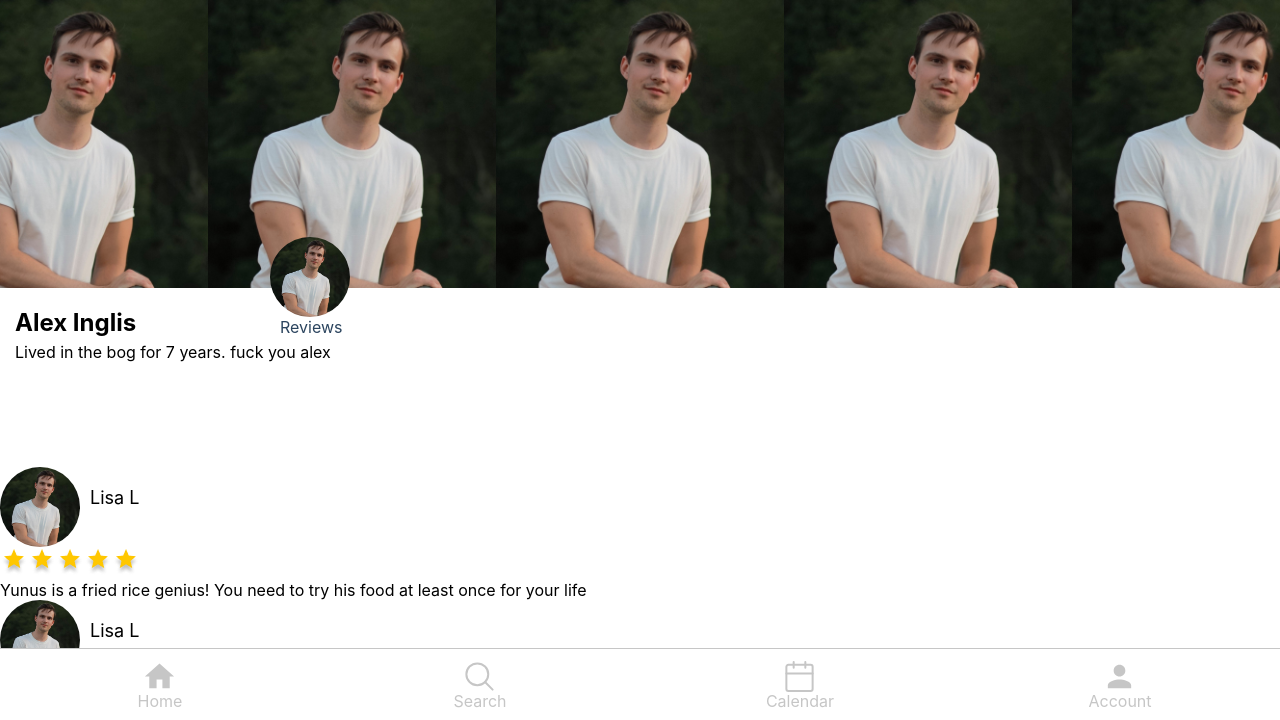
Repository: nguyenlejoe/HomeChef
Page: / (app in app/)
An editor plug-in stored every save of this project. The page is shown before and after the next save, followed by the edit.
The browser window is 1280 px wide. The pictures show the whole page.
The project was rebuilt for these pictures with package versions that can differ from the ones it lists, and the page was loaded fresh each time. Also part of the build but not shown: app/src/comps/MainButton/index.js.

Above is the page before, as saved 2020-11-07 14:54:52.

### app/src/App.js
import React from 'react';
//import logo from './logo.svg';
//import './App.css';
import Pages from './pages/ChefReview';

function App() {
  return (
    <Pages />
  );
}

export default App;

### app/src/pages/ChefReview.js
import React from 'react';
import './ChefReview.scss'
import NavBarGourmet from '../comps/NavBarGourmet';
import Avatar from '../comps/Avatar';

export default function Home() {
  return<div className="app">
        <div className="CoverImage"></div>
        <div className="ChefDesc">
            <h2>Alex Inglis</h2>
            <p>Lived in the bog for 7 years. fuck you alex</p>
        </div>
        <div className="AvatarBox">
                <Avatar></Avatar>
                <a>Reviews</a>
        </div>
        <div className="ReviewList">
            <div className="ReviewCont">
                <div className="ReviewProfile"><Avatar></Avatar><a>Lisa L</a></div>
                <div className="rating">
                    <div className="stars"><img src='/star.png' /></div>
                    <div className="stars"><img src='/star.png' /></div>
                    <div className="stars"><img src='/star.png' /></div>
                    <div className="stars"><img src='/star.png' /></div>
                    <div className="stars"><img src='/star.png' /></div>
                </div>
                <div>Yunus is a fried rice genius! You need to try his food at least once for your life</div>
            </div>
            <div className="ReviewCont">
                <div className="ReviewProfile"><Avatar></Avatar><a>Lisa L</a></div>
                <div className="rating">
                    <div className="stars"><img src='/star.png' /></div>
                    <div className="stars"><img src='/star.png' /></div>
                    <div className="stars"><img src='/star.png' /></div>
                    <div className="stars"><img src='/star.png' /></div>
                    <div className="stars"><img src='/star.png' /></div>
                </div>
                <div>Yunus is a fried rice genius! You need to try his food at least once for your life</div>
            </div>
        </div>
        <div className="Nav">
          <NavBarGourmet
          bgimg = "/Search.png"
          title = "Search"
          btnState = {true}
          orderActive = {true}
          ></NavBarGourmet>
        </div>
    </div>
}

### app/src/pages/ChefReview.scss
.app{
    width: 100vw;
    height:100vh;
    overflow-x:hidden;
}

.CoverImage{
    height: 40%;
    background-image: url("/alex.jpg");
    background-position: center;
    background-size: contain;
}

.ChefDesc{
    height:20%;
    width: 65%;
    margin: 15px;
    p{
        margin-top: -15px;
    }
}

.AvatarBox{
    height:0px;
    position: relative;
    z-index: 1;
    top: -230px;
    left: 270px;
    a{
        margin-left:10px;
        color: #2B445E;
    }
}

.ReviewList{

    display: flex;
    flex-direction: column;

    justify-content: center;
}

.ReviewCont{

}

.ReviewProfile{
    display: flex;

    a{
        margin: 20px 0 0 10px;
        font-size: 18px;
    }
}


.rating{
    display: flex;
}



.Nav{
    height: 10%;
    width: 100%;
    position: fixed;
    bottom: 0;
}

### app/src/comps/NavBarGourmet/index.js
import React, {useState} from 'react';
import styled, {css} from 'styled-components';
import Button from '../MainButton';

const NavContainer = styled.div`
display:flex;
height:100%;
width:100%;
background-color:#FFFFFF;
`;

const NavBox = styled.div`
justify-content:space-around;
display:flex;
align-items:center;
position:relative;
width:100%;
height:100%;
border-top: 1px solid #C6C6C6;


`;

const NavButton = styled.div`
    display:flex;
    align-items:center;
    flex-direction:column;
    margin:2px;
    width:15%;
    height:80%;
    text-align:center;

`;

const NavIcon = styled.div`
    margin-top:3px;
    margin-right:2px;
    width:55%;
    height:55%;
    background-size:contain;
    background-repeat: no-repeat;


`;

const NavLabel = styled.div`
    height:20px;
    width:100%;
    color:${props => props.ButtonActive};

`;






const NavBar = ({active, onClickHome, onClickSearch, onClickCalendar, onClickAccount}) => {

const [ButtonActiveVal,SetActive] = useState(active);

    return <NavContainer>
        <NavBox>

            <NavButton onClick={onClickHome}
            ButtonActive = {ButtonActiveVal === 1 ? "#24B574" : "#C6C6C6"}
            >
            <NavIcon>
                <svg width="35" height="35" viewBox="0 0 35 35" fill="none" xmlns="http://www.w3.org/2000/svg">
                    <path d="M14.5834 29.1667V20.4167H20.4167V29.1667H27.7084V17.5H32.0834L17.5001 4.375L2.91675 17.5H7.29175V29.1667H14.5834Z" fill={ButtonActiveVal === 1 ? "#24B574" : "#C6C6C6"}/>
                </svg>
            </NavIcon>
                <NavLabel ButtonActive={ButtonActiveVal === 1 ? "#24B574" : "#C6C6C6"}>Home</NavLabel>
            </NavButton>

            <NavButton
            onClick={onClickSearch}
            // onClick={()=>{
            //     SetActive(active);
            // }}
            ButtonActive = {ButtonActiveVal === 2 ? "#24B574" : "#C6C6C6"}
            >
                <NavIcon>
                    <svg width="35" height="35" viewBox="0 0 35 35" fill="none" xmlns="http://www.w3.org/2000/svg">
                        <path fill-rule="evenodd" clip-rule="evenodd" d="M15.3125 26.25C21.3531 26.25 26.25 21.3531 26.25 15.3125C26.25 9.27189 21.3531 4.375 15.3125 4.375C9.27189 4.375 4.375 9.27189 4.375 15.3125C4.375 21.3531 9.27189 26.25 15.3125 26.25Z" stroke={ButtonActiveVal === 2 ? "#24B574" : "#C6C6C6"} stroke-width="2" stroke-linecap="round" stroke-linejoin="round"/>
                        <path d="M30.625 30.625L23.0416 23.0417" stroke={ButtonActiveVal === 2 ? "#24B574" : "#C6C6C6"}stroke-width="2" stroke-linecap="round" stroke-linejoin="round"/>
                    </svg>
                </NavIcon>
                <NavLabel ButtonActive={ButtonActiveVal === 2 ? "#24B574" : "#C6C6C6"} >Search</NavLabel>
            </NavButton>

            <NavButton
            onClick={onClickCalendar}
            // onClick={()=>{
            //     SetActive(active);
            // }}
            ButtonActive = {ButtonActiveVal === 3 ? "#24B574" : "#C6C6C6"}
            >
                <NavIcon>
                    <svg width="35" height="35" viewBox="0 0 35 35" fill="none" xmlns="http://www.w3.org/2000/svg">
                        <path fill-rule="evenodd" clip-rule="evenodd" d="M4.375 7.83325C4.375 6.72868 5.27043 5.83325 6.375 5.83325H28.625C29.7296 5.83325 30.625 6.72868 30.625 7.83325V30.0833C30.625 31.1878 29.7296 32.0833 28.625 32.0833H6.375C5.27043 32.0833 4.375 31.1878 4.375 30.0833V7.83325Z" stroke={ButtonActiveVal === 3 ? "#24B574" : "#C6C6C6"} stroke-width="2" stroke-linecap="round" stroke-linejoin="round"/>
                        <path d="M23.3333 2.91675V8.75008" stroke={ButtonActiveVal === 3 ? "#24B574" : "#C6C6C6"} stroke-width="2" stroke-linecap="round" stroke-linejoin="round"/>
                        <path d="M11.6667 2.91675V8.75008" stroke={ButtonActiveVal === 3 ? "#24B574" : "#C6C6C6"} stroke-width="2" stroke-linecap="round" stroke-linejoin="round"/>
                        <path d="M4.375 14.5833H30.625" stroke={ButtonActiveVal === 3 ? "#24B574" : "#C6C6C6"} stroke-width="2" stroke-linecap="round" stroke-linejoin="round"/>
                    </svg>
                </NavIcon>
                <NavLabel ButtonActive={ButtonActiveVal === 3 ? "#24B574" : "#C6C6C6"}>Calendar</NavLabel>
            </NavButton>


            <NavButton
            onClick={onClickAccount}
            // onClick={()=>{
            //     SetActive(active);
            // }}
            ButtonActive = {ButtonActiveVal === 4 ? "#24B574" : "#C6C6C6"}
            >
                <NavIcon>
                    <svg width="35" height="35" viewBox="0 0 35 35" fill="none" xmlns="http://www.w3.org/2000/svg">
                        <path d="M17.4999 17.4999C20.7228 17.4999 23.3332 14.8895 23.3332 11.6666C23.3332 8.44367 20.7228 5.83325 17.4999 5.83325C14.277 5.83325 11.6666 8.44367 11.6666 11.6666C11.6666 14.8895 14.277 17.4999 17.4999 17.4999ZM17.4999 20.4166C13.6062 20.4166 5.83325 22.3708 5.83325 26.2499V29.1666H29.1666V26.2499C29.1666 22.3708 21.3937 20.4166 17.4999 20.4166Z" fill={ButtonActiveVal === 4 ? "#24B574" : "#C6C6C6"}/>
                    </svg>
                </NavIcon>
                <NavLabel ButtonActive={ButtonActiveVal === 4 ? "#24B574" : "#C6C6C6"}>Account</NavLabel>
            </NavButton>
        </NavBox>
    </NavContainer>

}

NavBar.defaultProps = {
    title: "label",
    bgimg: "/Home.png",
    orderNum: "0",
    ButtonActive:"black"

}

export default NavBar;

### app/src/comps/Avatar/index.js
import React from 'react';
import styled from 'styled-components';

const AvatarContainer = styled.div`
width:80px;
height:80px;
`;

const AvatarImg = styled.div`
min-width:100%;
min-height:100%;
background-image:url(${props=>props.bgimg ? props.bgimg : "none"});
background-size:cover;
border-radius:100px;

`;

const Avatar = ({bgimg}) =>{
    return <AvatarContainer>
        <AvatarImg bgimg={bgimg} ></AvatarImg>
    </AvatarContainer>
}

Avatar.defaultProps = {
    bgimg : "./alex.jpg",
}

export default Avatar;

Loaded but not shown: app/public/index.html (common file); app/src/index.js (common file); app/src/index.css (common file); app/src/serviceWorker.js (common file)

After the next save:
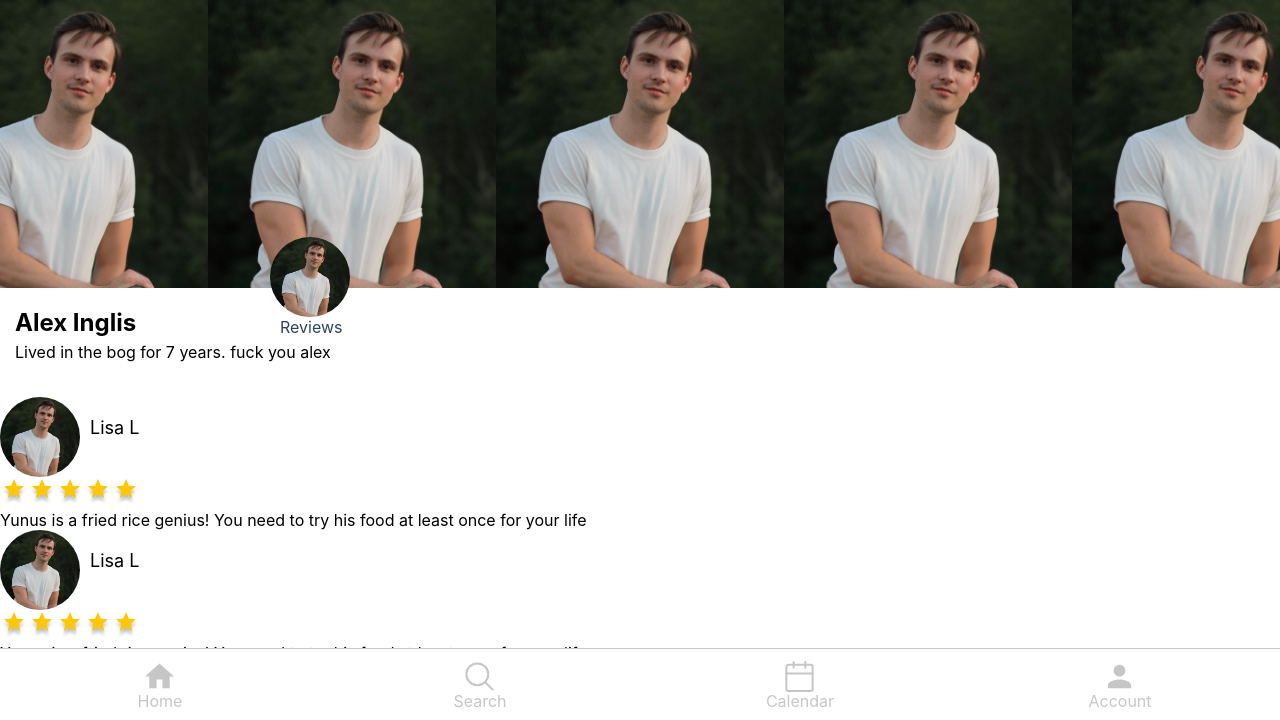
Saved 7 s later.
--- a/app/src/pages/ChefReview.scss
+++ b/app/src/pages/ChefReview.scss
@@ -34,6 +34,7 @@
 
 .ReviewList{
 
+    margin-top:-70px;
     display: flex;
     flex-direction: column;
 
